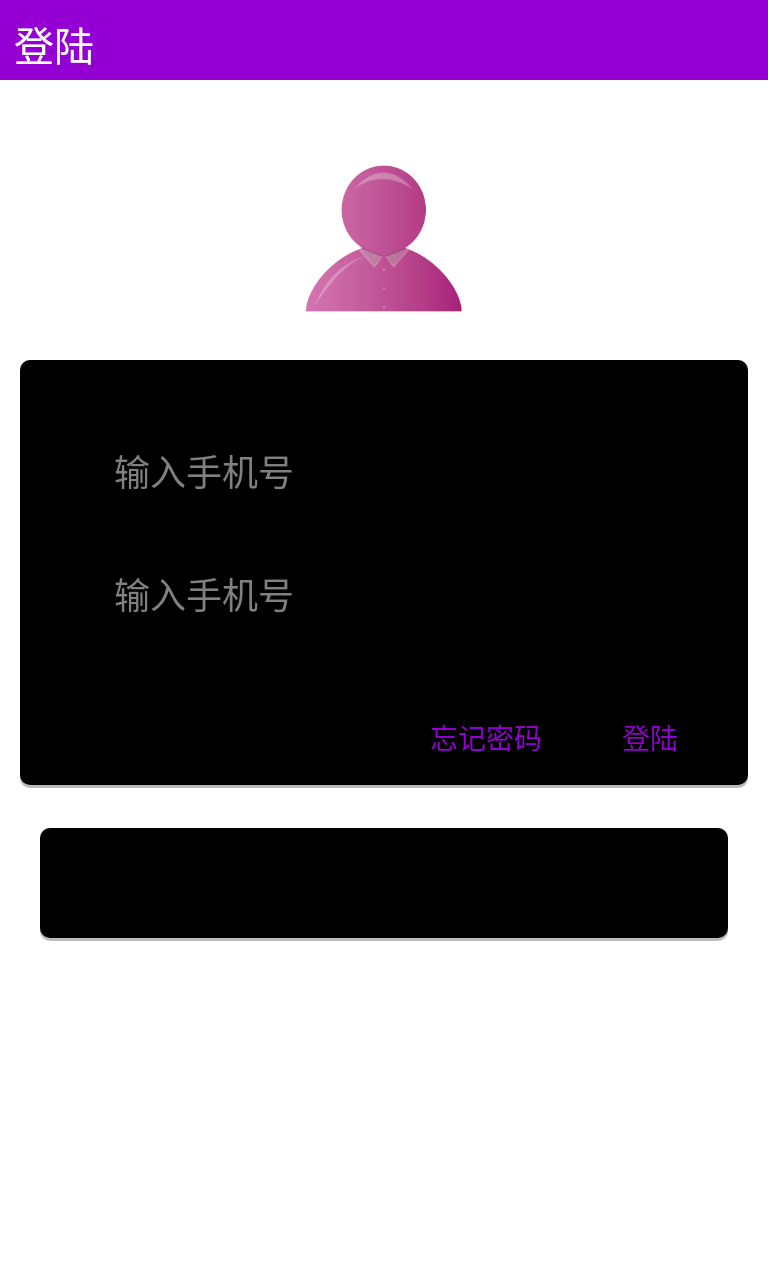
Repository: mrhanliang/Android_4.2
Layout: Android_Level_work/res/layout/activity_main.xml
These files come from the project's save history. The layout is drawn as it stood at one moment and after the next save; the edit follows.
It is drawn on a 768 x 1280 px phone screen (xhdpi) without system bars, with theme AppTheme; the app's code is not run.

Above is the layout before, as saved 2015-12-05 13:50:33.

### Android_Level_work/res/layout/activity_main.xml
<RelativeLayout xmlns:android="http://schemas.android.com/apk/res/android"
    xmlns:tools="http://schemas.android.com/tools"
    android:layout_width="match_parent"
    android:layout_height="match_parent"
    tools:context="com.example.android_level_work.MainActivity" >

    <LinearLayout
        android:id="@+id/linearLayout1"
        android:layout_width="match_parent"
        android:layout_height="40dp"
        android:background="#9400d3" >

        <TextView
            android:id="@+id/textView1"
            android:layout_width="wrap_content"
            android:layout_height="wrap_content"
            android:layout_margin="7dp"
            android:text="登陆"
            android:textColor="#ffffff"
            android:textSize="20dp" />
    </LinearLayout>

    <ImageView
        android:id="@+id/imageView1"
        android:layout_width="80dp"
        android:layout_height="80dp"
        android:layout_below="@id/linearLayout1"
        android:layout_centerHorizontal="true"
        android:layout_marginTop="40dp"
        android:background="@drawable/w4" />

    <RelativeLayout
        android:id="@+id/relativeLayout2"
        android:layout_width="match_parent"
        android:layout_height="wrap_content"
        android:layout_below="@id/imageView1"
        android:layout_marginLeft="10dp"
        android:layout_marginRight="10dp"
        android:background="@drawable/html"
        android:layout_marginTop="20dp" >

        <EditText
            android:id="@+id/editText1"
            android:layout_width="match_parent"
            android:layout_height="wrap_content"
            android:layout_marginLeft="20dp"
            android:layout_marginRight="20dp"
            android:layout_marginTop="20dp"
            android:hint="输入手机号" />

        <EditText
            android:id="@+id/editText2"
            android:layout_width="match_parent"
            android:layout_height="wrap_content"
            android:layout_below="@id/editText1"
            android:layout_marginLeft="20dp"
            android:layout_marginRight="20dp"
            android:layout_marginTop="20dp"
            android:hint="输入手机号" />

        <TextView
            android:id="@+id/textView2"
            android:layout_width="wrap_content"
            android:layout_height="wrap_content"
            android:layout_below="@id/editText2"
            android:layout_marginTop="40dp"
            android:layout_marginRight="20dp"
            android:layout_alignParentRight="true"
            android:textColor="#9400d3"
            android:text="登陆"
            android:clickable="true"
            />

        <TextView
            android:id="@+id/textView3"
            android:layout_width="wrap_content"
            android:layout_height="wrap_content"
            android:layout_toLeftOf="@id/textView2"
			android:layout_alignBaseline="@id/textView2"
            android:layout_marginRight="40dp"
            android:textColor="#9400d3"
            android:text="忘记密码"
            android:clickable="true"
            />
    </RelativeLayout>

    <Button
        android:id="@+id/button1"
        android:layout_width="match_parent"
        android:layout_height="wrap_content"
        android:layout_marginTop="20dp"
        android:text="立即用手机注册账号"
        android:layout_below="@id/relativeLayout2"
        android:layout_marginRight="20dp"
        android:layout_marginLeft="20dp"
        android:background="@drawable/html"
        />

</RelativeLayout>

### Android_Level_work/res/drawable-v14/html.xml
<?xml version="1.0" encoding="utf-8"?>
<layer-list xmlns:android="http://schemas.android.com/apk/res/android" >
    <item>
        <shape android:shape="rectangle">
        <solid android:color="#BBB" />
            <corners android:radius="5dp" />
        </shape>
    </item>

    <!-- White Top color -->
    <item android:bottom="3px">
        <shape  android:shape="rectangle">
             <solid android:color="#000000" />
             <corners android:radius="5dp" />
             <padding
                android:top="15dp"
                android:right="15dp"
                android:bottom="15dp"
                android:left="15dp"/>
        </shape>
    </item>
</layer-list>

Loaded but not shown: Android_Level_work/res/values/styles.xml (common file); Android_Level_work/res/values-v11/styles.xml (common file); Android_Level_work/res/values-v14/styles.xml (common file)

After the next save:
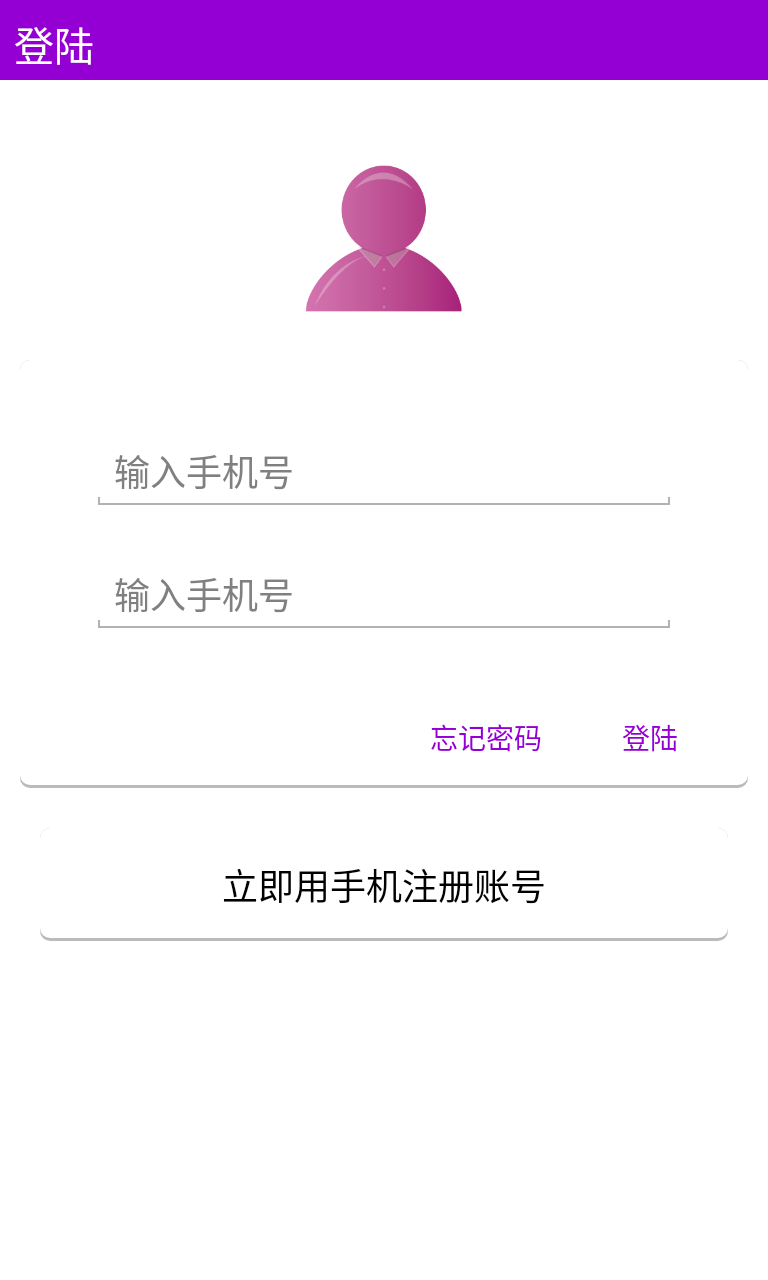
Saved 10 s later.
--- a/Android_Level_work/res/drawable-v14/html.xml
+++ b/Android_Level_work/res/drawable-v14/html.xml
@@ -10,7 +10,7 @@
     <!-- White Top color -->
     <item android:bottom="3px">
         <shape  android:shape="rectangle">
-             <solid android:color="#000000" />
+             <solid android:color="#ffffff" />
              <corners android:radius="5dp" />
              <padding
                 android:top="15dp"
